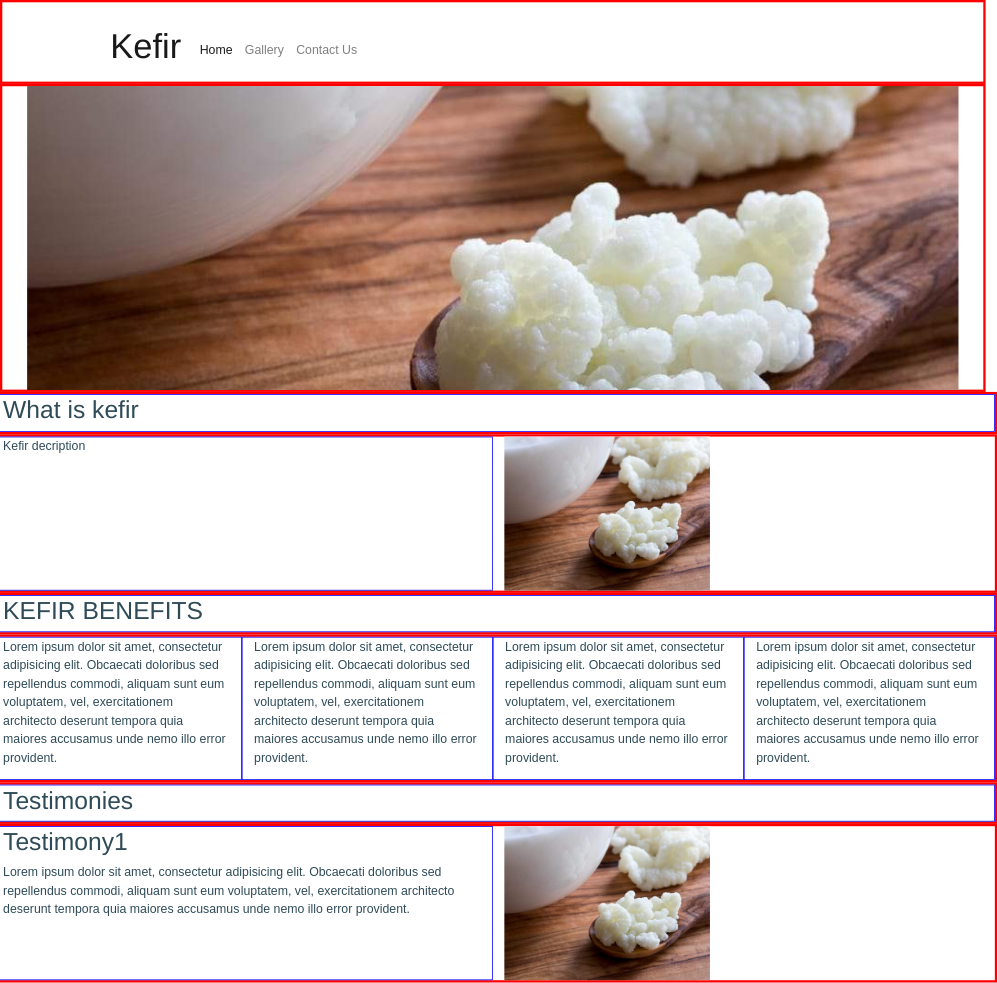
Repository: andna5980/kefir-web
Page: src/index.html
An editor plug-in stored every save of this project. The page is shown before and after the next save, followed by the edit.
The browser window is 1280 px wide. The page is 1295 px wide, so the pictures cover 1295 px, including what lies to the right of the window. The pictures show the whole page, at 77% of full size.
Some web fonts or font styles are not loaded; a fallback is used. Some web libraries are served in a nearby version.

Above is the page before, as saved 2021-02-28 12:25:44.

After the next save:
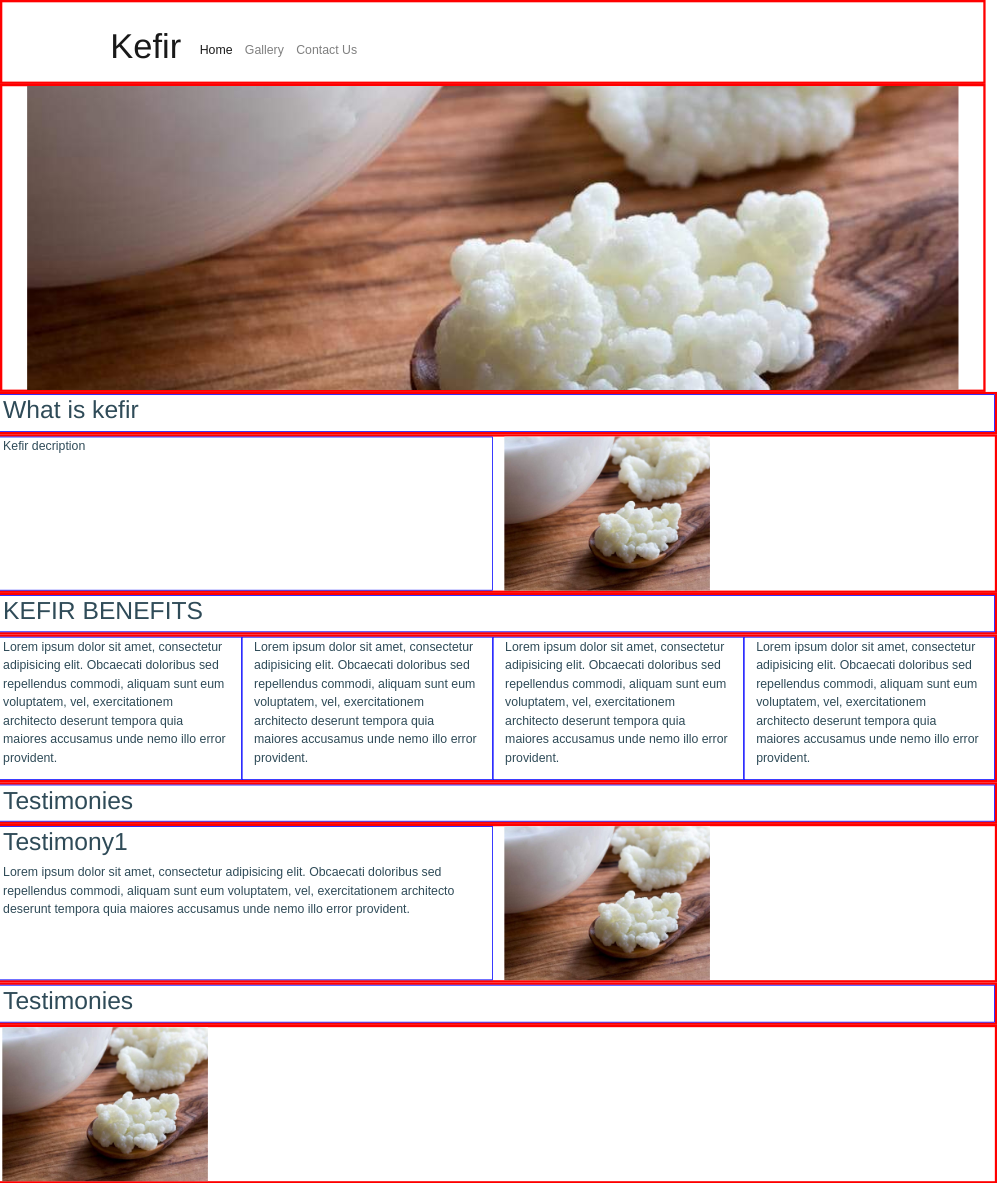
Saved 2 min 17 s later.
--- a/src/index.html
+++ b/src/index.html
@@ -82,24 +82,24 @@
 
     <div class=" test-red row">
       <div class="test-blue col-3">
-          <p>Lorem ipsum dolor sit amet, consectetur adipisicing elit. Obcaecati doloribus sed repellendus commodi,
-            aliquam sunt eum voluptatem, vel, exercitationem architecto deserunt tempora quia maiores accusamus
-             unde nemo illo error provident.</p>
+        <p>Lorem ipsum dolor sit amet, consectetur adipisicing elit. Obcaecati doloribus sed repellendus commodi,
+          aliquam sunt eum voluptatem, vel, exercitationem architecto deserunt tempora quia maiores accusamus
+          unde nemo illo error provident.</p>
       </div>
       <div class="test-blue col-3">
         <p>Lorem ipsum dolor sit amet, consectetur adipisicing elit. Obcaecati doloribus sed repellendus commodi,
           aliquam sunt eum voluptatem, vel, exercitationem architecto deserunt tempora quia maiores accusamus
-           unde nemo illo error provident.</p>
+          unde nemo illo error provident.</p>
       </div>
       <div class="test-blue col-3">
         <p>Lorem ipsum dolor sit amet, consectetur adipisicing elit. Obcaecati doloribus sed repellendus commodi,
           aliquam sunt eum voluptatem, vel, exercitationem architecto deserunt tempora quia maiores accusamus
-           unde nemo illo error provident.</p>
+          unde nemo illo error provident.</p>
       </div>
       <div class="test-blue col-3">
         <p>Lorem ipsum dolor sit amet, consectetur adipisicing elit. Obcaecati doloribus sed repellendus commodi,
           aliquam sunt eum voluptatem, vel, exercitationem architecto deserunt tempora quia maiores accusamus
-           unde nemo illo error provident.</p>
+          unde nemo illo error provident.</p>
       </div>
     </div>
   </section>
@@ -118,7 +118,7 @@
         <h2>Testimony1</h2>
         <p>Lorem ipsum dolor sit amet, consectetur adipisicing elit. Obcaecati doloribus sed repellendus commodi,
           aliquam sunt eum voluptatem, vel, exercitationem architecto deserunt tempora quia maiores accusamus
-           unde nemo illo error provident.</p>
+          unde nemo illo error provident.</p>
 
       </div>
 
@@ -126,7 +126,21 @@
         <img src="../src/assets/images/milk-kefir-grains-spoon_1024x1024.jpg" alt="kefir-products" height="200">
       </div>
     </div>
+  </section>
 
+  <section>
+    <div class=" test-red row">
+      <div class=" test-blue col-12">
+        <h2>Testimonies</h2>
+      </div>
+    </div>
+
+    <div class=" test-red row">
+
+      <div class="col-6">
+        <img src="../src/assets/images/milk-kefir-grains-spoon_1024x1024.jpg" alt="kefir-products" height="200">
+      </div>
+    </div>
   </section>
 
 
